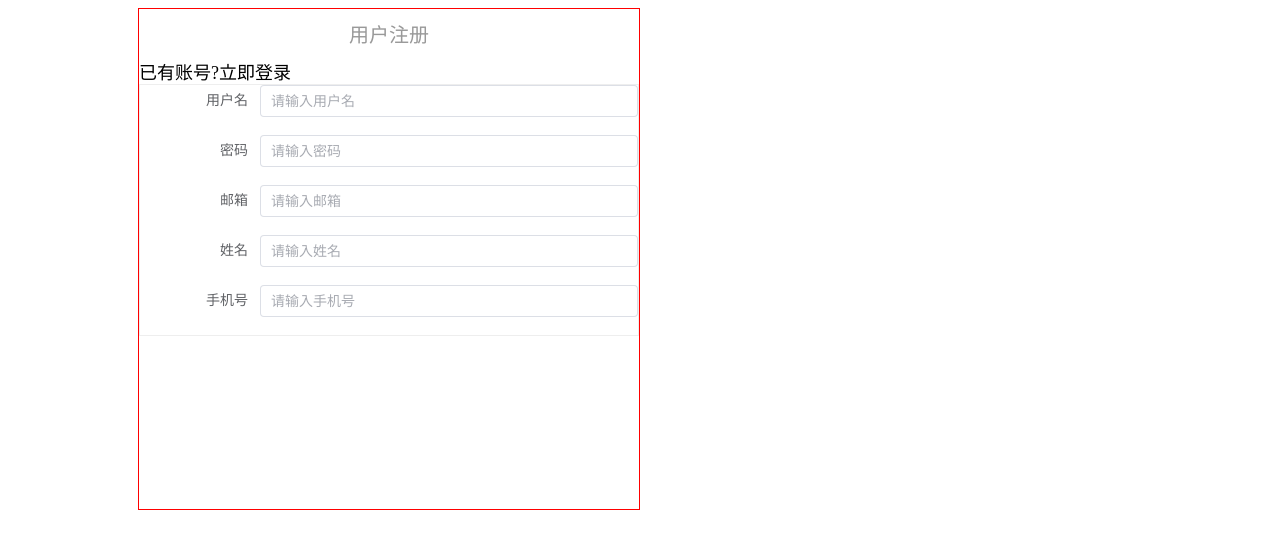
Repository: Mickey1216/yzkj_login_demo
Page: /register
The author's editor kept a copy of each file at every save. The page is drawn from the files as they stood at one save, then again after the next save.
The browser window is 1280 px wide. The pictures show the whole page.
The project was rebuilt for these pictures with package versions that can differ from the ones it lists, and the page was loaded fresh each time. Also part of the build but not shown: vite.config.js, src/views/Login.vue.

Above is the page before, as saved 2023-07-04 14:57:52.

After the next save:
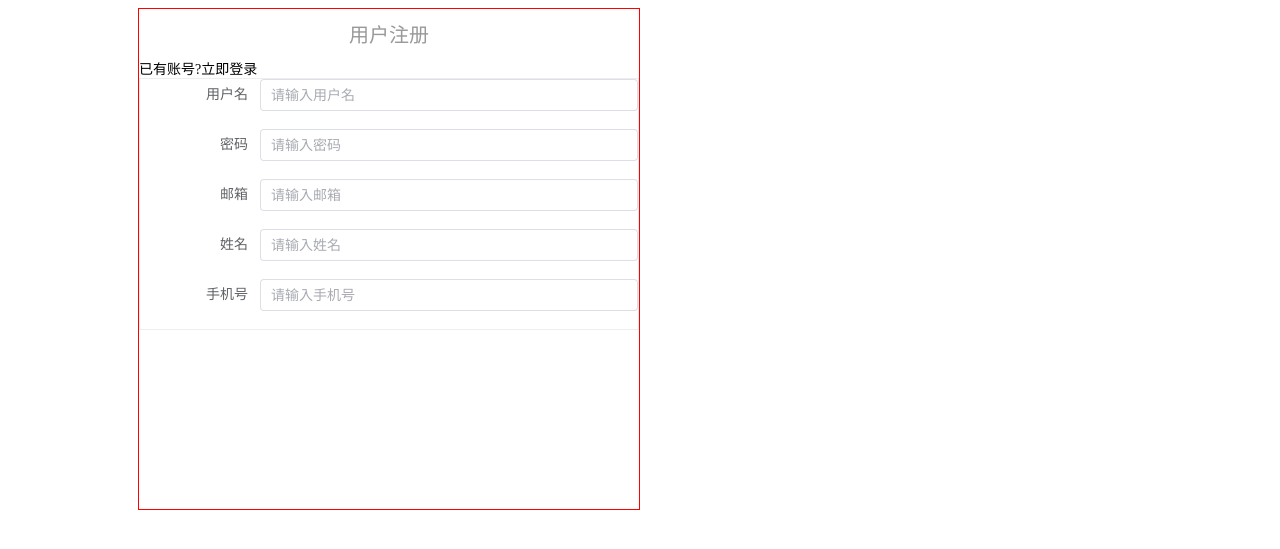
Saved 5 s later.
--- a/src/views/Register.vue
+++ b/src/views/Register.vue
@@ -50,6 +50,6 @@ const form = reactive({
   color: #999;
 }
 .is_existing_account{
-  font-size: 18px;
+  font-size: 14px;
 }
 </style>
